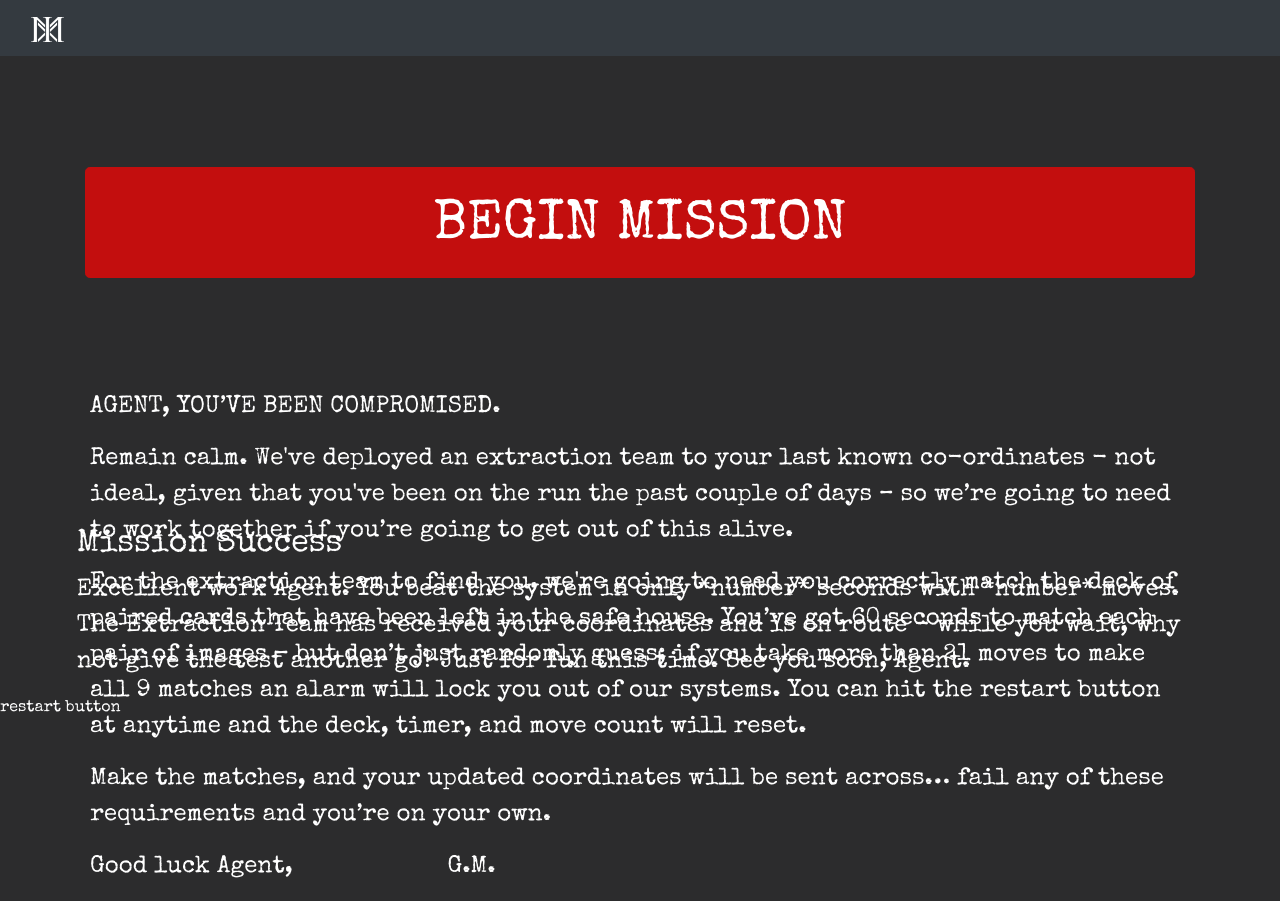
Repository: Code-Institute-Submissions/Milestone-25
Page: index.html
The author's editor kept a record of every edit. The page is drawn from the files as they stood at one moment, then again after the next edit.
The browser window is 1280 px wide. The pictures show the whole page.
Some web libraries are served in a nearby version.

Above is the page before.
Console error (its wording comes from the project's code and is left out).

After the next edit:
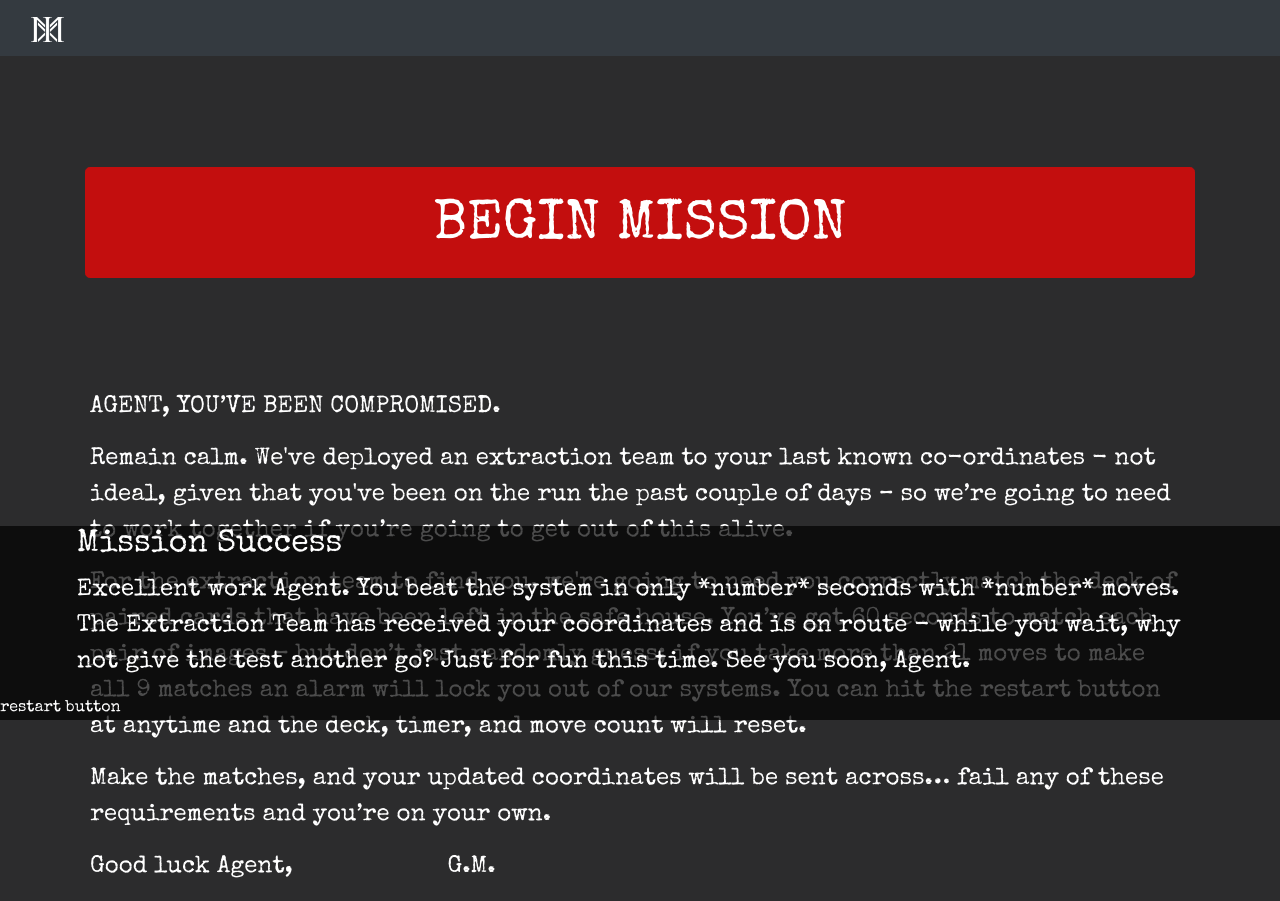
The edit:
--- a/assets/css/style.css
+++ b/assets/css/style.css
@@ -190,6 +190,7 @@
 /*--------------------Overlay Styling -------------*/
 
 .overlay {
+    background: rgba(0, 0, 0, 0.7);
     position: fixed;
     top: 50;
     bottom: 0;
